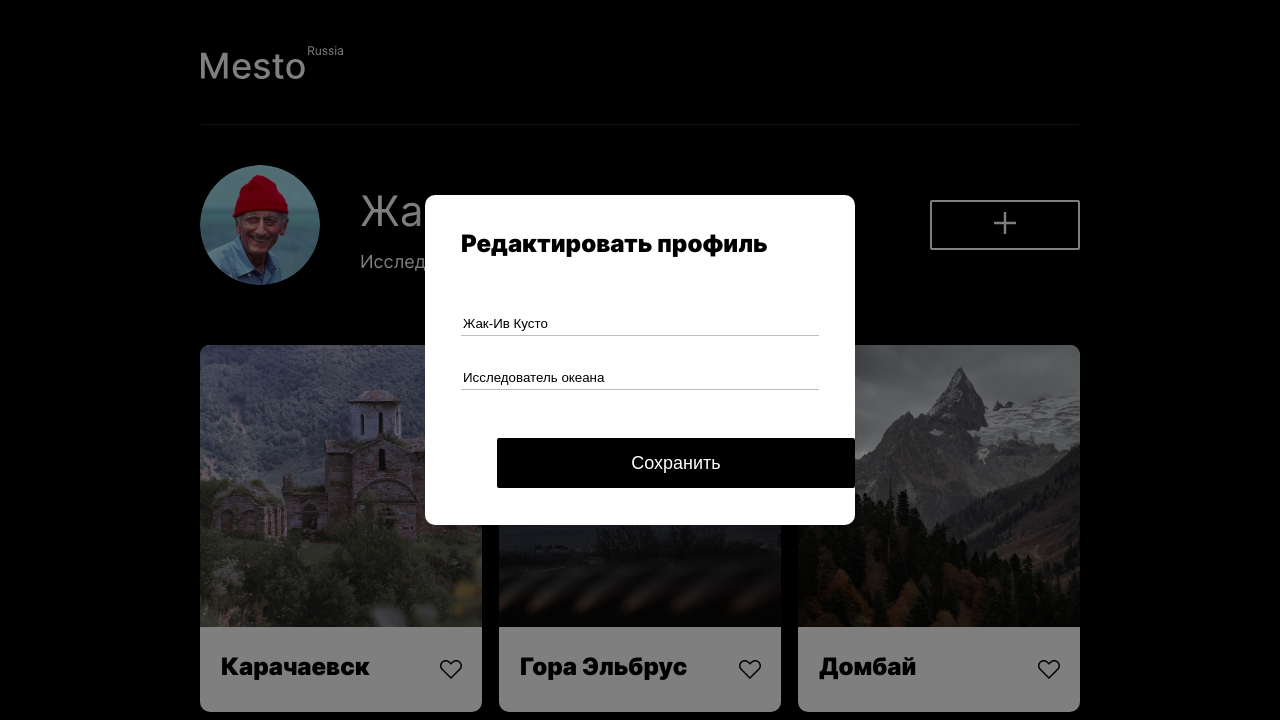
Repository: Ivan2399/mesto-project
Page: index.html
The author's editor kept a copy of each file at every save. The page is drawn from the files as they stood at one save, then again after the next save.
The browser window is 1280 px wide. The pictures show the window.
A layer covers the whole window, so only the first screen is drawn.

Above is the page before, as saved 2021-12-01 11:39:18.

After the next save:
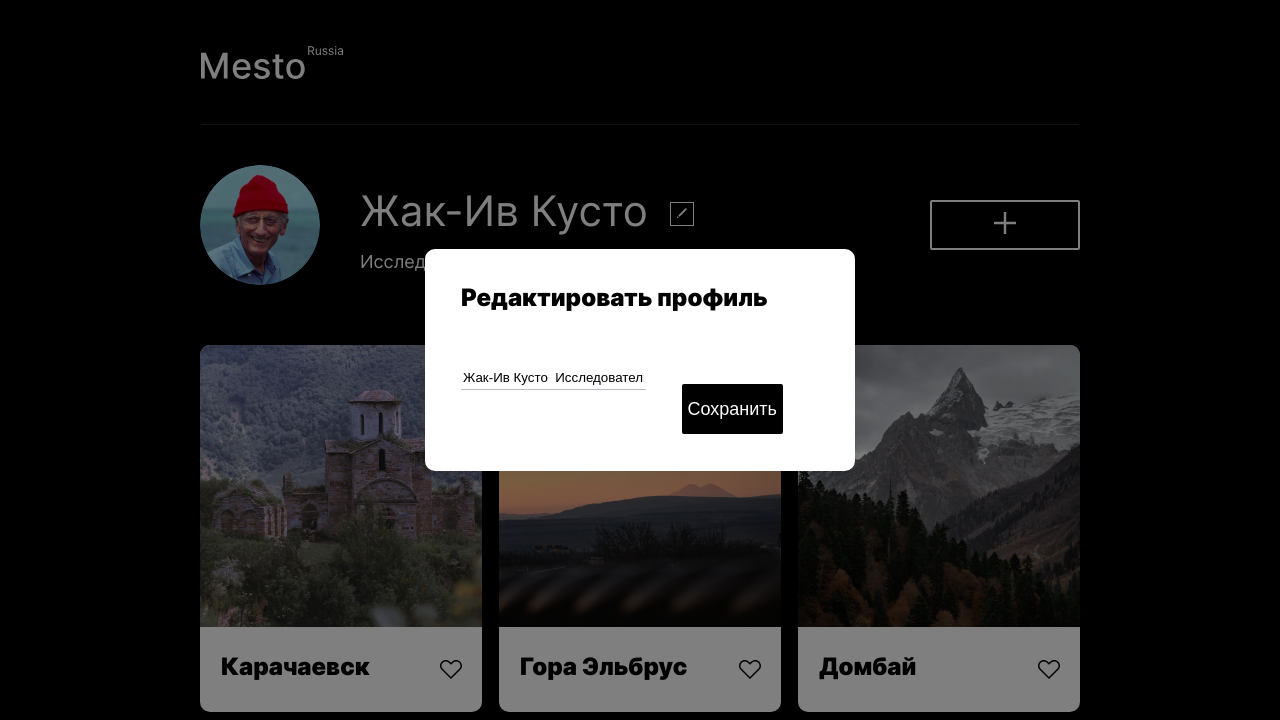
Saved 9 s later.
--- a/blocks/popup/__forms/popup__forms.css
+++ b/blocks/popup/__forms/popup__forms.css
@@ -1,5 +1,5 @@
 .popup__forms {
-  align-items: center;
+  display: flex;
   padding: 0 36px 0 36px;
   border: 0;
 }
